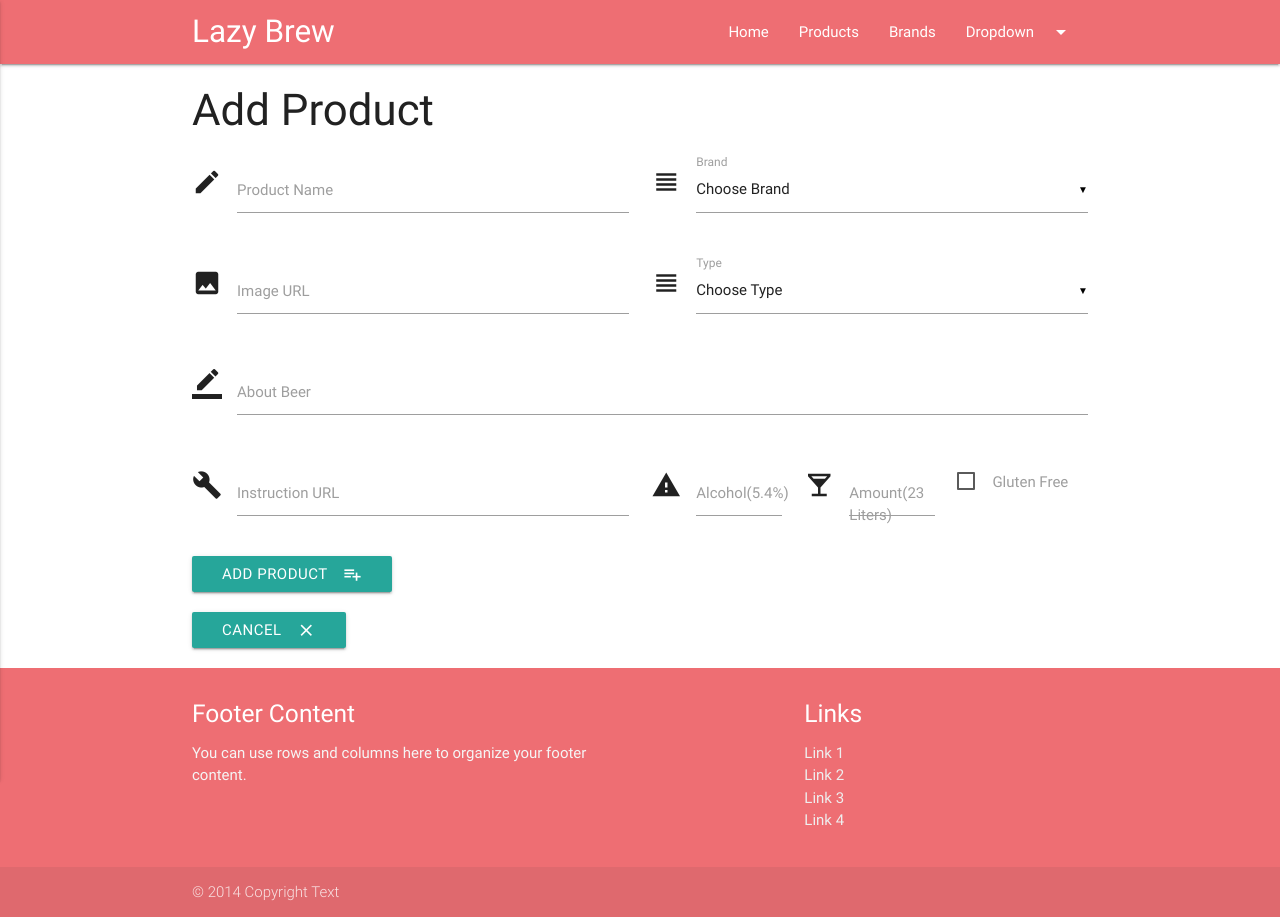
Repository: Leon2ev/lazy-brew
Page: http://localhost/add_product
The author's editor kept a record of every edit. The page is drawn from the files as they stood at one moment, then again after the next edit.
The browser window is 1280 px wide. The pictures show the whole page.
Some web libraries are served in a nearby version. The page is served by the project's application, run on Flask 3 (app.py). Queries for data that is not in the repository find no rows.

Above is the page before.

### templates/addproduct.html
{% extends 'base.html' %}
{% block content %}
    <div class="container">
        <h3>Add Product</h3>
        <form action="{{url_for('insert_product')}}" method="POST" class="add_product col s12">
            <div class="row">
                <div class="input-field col s12 l6">
                    <i class="material-icons prefix">create</i>
                    <input id="name" name="name" type="text" class="validate">
                    <label for="icon_prefix">Product Name</label>
                </div>
                <div class="input-field col s12 l6">
                    <i class="material-icons prefix">view_headline</i>
                    <select id="brand_id" name="brand_id">
                        <option value="" disabled selected>Choose Brand</option>
                        {% for brand in brands %}
                            <option value={{brand._id}}>{{brand.name}}</option>
                        {% endfor %}
                    </select>
                    <label>Brand</label>
                </div>
            </div>
            <div class="row">
                <div class="input-field col s12 l6">
                    <i class="material-icons prefix">insert_photo</i>
                    <input id="image_url" name="image_url" type="text" class="validate">
                    <label for="icon_prefix">Image URL</label>
                </div>
                <div class="input-field col s12 l6">
                    <i class="material-icons prefix">view_headline</i>
                    <select id="type_id" name="type_id">
                        <option value="" disabled selected>Choose Type</option>
                        {% for type in types %}
                            <option value="{{type._id}}">{{type.name}}</option>
                        {% endfor %}
                    </select>
                    <label>Type</label>
                </div>
            </div>
            <div class="row">
                <div class="input-field col s12">
                    <i class="material-icons prefix">border_color</i>
                    <input id="about" name="about" type="text" class="validate">
                    <label for="icon_prefix">About Beer</label>
                </div>
            </div>
            <div class="row">
                <div class="input-field col s12 l6">
                    <i class="material-icons prefix">build</i>
                    <input id="instruction" name="instruction" type="text" class="validate">
                    <label for="icon_prefix">Instruction URL</label>
                </div>
                <div class="input-field col s12 l2">
                    <i class="material-icons prefix">warning</i>
                    <input id="abv" name="abv" type="text" class="validate">
                    <label for="icon_prefix">Alcohol(5.4%)</label>
                </div>
                <div class="input-field col s12 l2">
                    <i class="material-icons prefix">local_bar</i>
                    <input id="amount" name="amount" type="text" class="validate">
                    <label for="icon_prefix">Amount(23 Liters)</label>
                </div>
                <div class="col s12 l2">
                    <p>
                        <input type="checkbox" id="gluten" name="gluten"/>
                        <label for="gluten">Gluten Free</label>
                    </p>
                </div>
            </div>
            <div class="row">
                <div class="col s12">
                    <button class="btn waves-effect waves-light" type="submit">Add Product
                        <i class="material-icons right">playlist_add</i>
                    </button>
                </div>
            </div>
        </form>
        <div class="row">
            <div class="col s12">
                <a class="waves-effect waves-light btn modal-trigger" href="#modal1">Cancel
                    <i class="material-icons right">clear</i>
                </a>
            </div>
            <div id="modal1" class="modal">
                <div class="modal-content">
                    <h4>Are you agree to cancel?</h4>
                    <p>All progress will be lost.</p>
                </div>
                <div class="modal-footer">
                    <a href="#!" class="modal-action modal-close waves-effect waves-green btn-flat">Go Back</a>
                    <a href="{{url_for('get_products')}}" class="modal-action modal-close waves-effect waves-green btn-flat">Agree</a>
                </div>
            </div>
        </div>
    </div>
{% endblock %}

### templates/base.html
<!DOCTYPE html>
<html lang="en">
    <head>
        <meta charset="UTF-8">
        <meta name="viewport" content="width=device-width, initial-scale=1.0">
        <meta http-equiv="X-UA-Compatible" content="ie=edge">

        <title>Document</title>

        <link href="https://fonts.googleapis.com/icon?family=Material+Icons" rel="stylesheet">
        <link rel="stylesheet" href="https://cdnjs.cloudflare.com/ajax/libs/materialize/0.100.2/css/materialize.min.css">
        <link rel="stylesheet" href="{{url_for('static', filename='css/style.css')}}" type="text/css">
    </head>
    <header>
        <nav>
            <div class="container nav-wrapper">
                <a href="{{url_for('home_page')}}" class="brand-logo">Lazy Brew</a>
                <a href="#" data-activates="mobile-demo" class="button-collapse"><i class="material-icons">menu</i></a>
                <ul class="right hide-on-med-and-down">
                    <li><a href="{{url_for('home_page')}}">Home</a></li>
                    <li><a href="{{url_for('get_products')}}">Products</a></li>
                    <li><a href="{{url_for('get_brands')}}">Brands</a></li>
                    <!-- Dropdown Trigger -->
                    <li><a class="dropdown-button" href="#!" data-activates="dropdown1">Dropdown<i class="material-icons right">arrow_drop_down</i></a></li>
                    <!-- Dropdown Structure -->
                    <ul id="dropdown1" class="dropdown-content">
                        <li><a href="{{url_for('add_product')}}">Add Product</a></li>
                        <li class="divider"></li>
                        <li><a href="{{url_for('add_brand')}}">Add Brand</a></li>
                    </ul>
                </ul>
                <ul class="side-nav" id="mobile-demo">
                    <li><a href="{{url_for('home_page')}}">Home</a></li>
                    <li><a href="{{url_for('get_products')}}">Products</a></li>
                    <li><a href="{{url_for('get_brands')}}">Brands</a></li>
                    <!-- Mobile Dropdown Trigger -->
                    <li><a class="dropdown-button" href="#!" data-activates="dropdown2">Dropdown<i class="material-icons right">arrow_drop_down</i></a></li>
                    <!-- Dropdown Structure -->
                    <ul id="dropdown2" class="dropdown-content">
                        <li><a href="{{url_for('add_product')}}">Add Product</a></li>
                        <li class="divider"></li>
                        <li><a href="{{url_for('add_brand')}}">Add Brand</a></li>
                    </ul>
                </ul>
            </div>
        </nav>
    </header>
    <body>
        {% block content %}{% endblock %}
        <script src="https://cdnjs.cloudflare.com/ajax/libs/jquery/3.2.1/jquery.min.js"></script>
        <script src="https://cdnjs.cloudflare.com/ajax/libs/materialize/0.100.2/js/materialize.min.js"></script>
        <script type="text/javascript">
            $(document).ready(function() {
                $('select').material_select();
                $(".button-collapse").sideNav();
                $(".dropdown-button").dropdown({
                    belowOrigin: true
                    }
                );
                $('.modal').modal();
            });
        </script>
    </body>
    <footer class="page-footer">
        <div class="container">
            <div class="row">
                <div class="col l6 s12">
                    <h5 class="white-text">Footer Content</h5>
                    <p class="grey-text text-lighten-4">You can use rows and columns here to organize your footer content.</p>
                </div>
                <div class="col l4 offset-l2 s12">
                    <h5 class="white-text">Links</h5>
                    <ul>
                        <li><a class="grey-text text-lighten-3" href="#!">Link 1</a></li>
                        <li><a class="grey-text text-lighten-3" href="#!">Link 2</a></li>
                        <li><a class="grey-text text-lighten-3" href="#!">Link 3</a></li>
                        <li><a class="grey-text text-lighten-3" href="#!">Link 4</a></li>
                    </ul>
                </div>
            </div>
        </div>
        <div class="footer-copyright">
            <div class="container">
                © 2014 Copyright Text
            </div>
        </div>
    </footer>
</html>

### app.py
import os
from flask import Flask, render_template, redirect, request, url_for
from flask_pymongo import PyMongo
from bson.objectid import ObjectId

app = Flask(__name__)

# Connection to MongoDB

app.config["MONGO_DBNAME"] = 'beer_brewing'
app.config["MONGO_URI"] = os.getenv('MONGO_URI', 'mongodb://localhost')

mongo = PyMongo(app)

# App routes ------------------------------------------------------------

@app.route('/')

# Home page

@app.route('/home_page')
def home_page():
    return render_template("index.html",
    types=mongo.db.types.find())
# Product Routes
# Product selection

@app.route('/get_products')
def get_products():
    return render_template("products.html",
    products=mongo.db.products.find())

# Single product description

@app.route('/get_description/<product_id>')
def get_description(product_id):
    return render_template("description.html",
    product=mongo.db.products.find_one({"_id": ObjectId(product_id)}))

# Add product

@app.route('/add_product')
def add_product():
    return render_template("addproduct.html",
    brands=mongo.db.brands.find(),
    types=mongo.db.types.find())

# Proceed inserted data to mongo

@app.route('/insert_product', methods=["POST"])
def insert_product():
    products=mongo.db.products
    brand_id = request.form.get('brand_id')
    type_id = request.form.get('type_id')
    dictionary = {
        'name': request.form.get('name'),
        'brand_id': ObjectId(brand_id),
        'image_url': request.form.get('image_url'),
        'type_id': ObjectId(type_id),
        'about': request.form.get('about'),
        'abv': request.form.get('abv'),
        'amount': request.form.get('amount'),
        'gluten': request.form.get('gluten')
    }

    products.insert_one(dictionary)
    return redirect(url_for('get_products'))

# Edit product

@app.route('/edit_product/<product_id>')
def edit_product(product_id):
    return render_template("editproduct.html",
    product=mongo.db.products.find_one({"_id": ObjectId(product_id)}),
    brands=mongo.db.brands.find(),
    types=mongo.db.types.find())

# Update product

@app.route('/update_product/<product_id>', methods=["POST"])
def update_product(product_id):
    products=mongo.db.products
    brand_id = request.form.get('brand_id')
    type_id = request.form.get('type_id')
    products.update({'_id': ObjectId(product_id)},
    {
        'name': request.form.get('name'),
        'brand_id': ObjectId(brand_id),
        'image_url': request.form.get('image_url'),
        'type_id': ObjectId(type_id),
        'about': request.form.get('about'),
        'abv': request.form.get('abv'),
        'amount': request.form.get('amount'),
        'gluten': request.form.get('gluten')
    })
    return redirect(url_for('get_products'))

# Delete product

@app.route('/delete_product/<product_id>')
def delete_product(product_id):
    mongo.db.products.remove({'_id': ObjectId(product_id)})
    return redirect(url_for('get_products'))

# Brand Routes
# Add Brand

@app.route('/get_brands')
def get_brands():
    return render_template("brands.html",
    brands=mongo.db.brands.find())

@app.route('/add_brand')
def add_brand():
    return render_template("addbrand.html")

# Proceed inserted data to mongo

@app.route('/insert_brand', methods=["POST"])
def insert_brand():
    brands=mongo.db.brands
    brands.insert_one(request.form.to_dict())
    return redirect(url_for('get_brands'))

# Edit brand

@app.route('/edit_brand/<brand_id>')
def edit_brand(brand_id):
    return render_template("editbrand.html",
    brand=mongo.db.brands.find_one({"_id": ObjectId(brand_id)}))

# Update brand

@app.route('/update_brand/<brand_id>', methods=["POST"])
def update_brand(brand_id):
    brands=mongo.db.brands
    brands.update({'_id': ObjectId(brand_id)},
    {
        'name': request.form.get('name'),
        'country': request.form.get('country'),
        'website_URL': request.form.get('website_URL'),
        'instruction_URL': request.form.get('instruction_URL'),
    })
    return redirect(url_for('get_brands'))

# Delete brand

@app.route('/delete_brand/<brand_id>')
def delete_brand(brand_id):
    mongo.db.brands.remove({'_id': ObjectId(brand_id)})
    return redirect(url_for('get_brands'))

if __name__ == "__main__":
    app.run(host=os.environ.get('IP'),
        port=int(os.environ.get('PORT')),
        debug=True)

Loaded but not shown: static/css/style.css (no copy from this time; the picture is the same without it)

After the next edit:
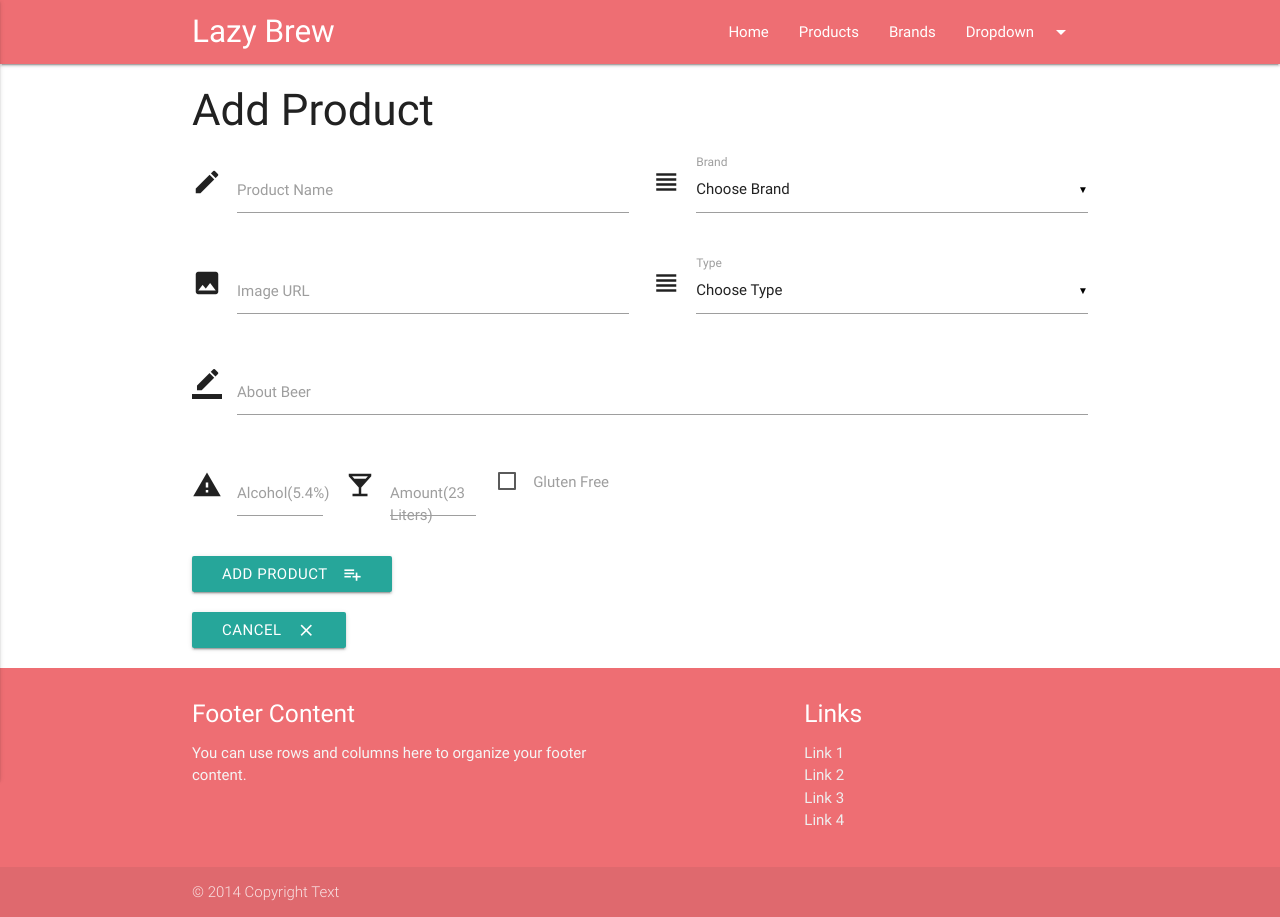
The edit:
--- a/templates/addproduct.html
+++ b/templates/addproduct.html
@@ -45,11 +45,6 @@
                 </div>
             </div>
             <div class="row">
-                <div class="input-field col s12 l6">
-                    <i class="material-icons prefix">build</i>
-                    <input id="instruction" name="instruction" type="text" class="validate">
-                    <label for="icon_prefix">Instruction URL</label>
-                </div>
                 <div class="input-field col s12 l2">
                     <i class="material-icons prefix">warning</i>
                     <input id="abv" name="abv" type="text" class="validate">
